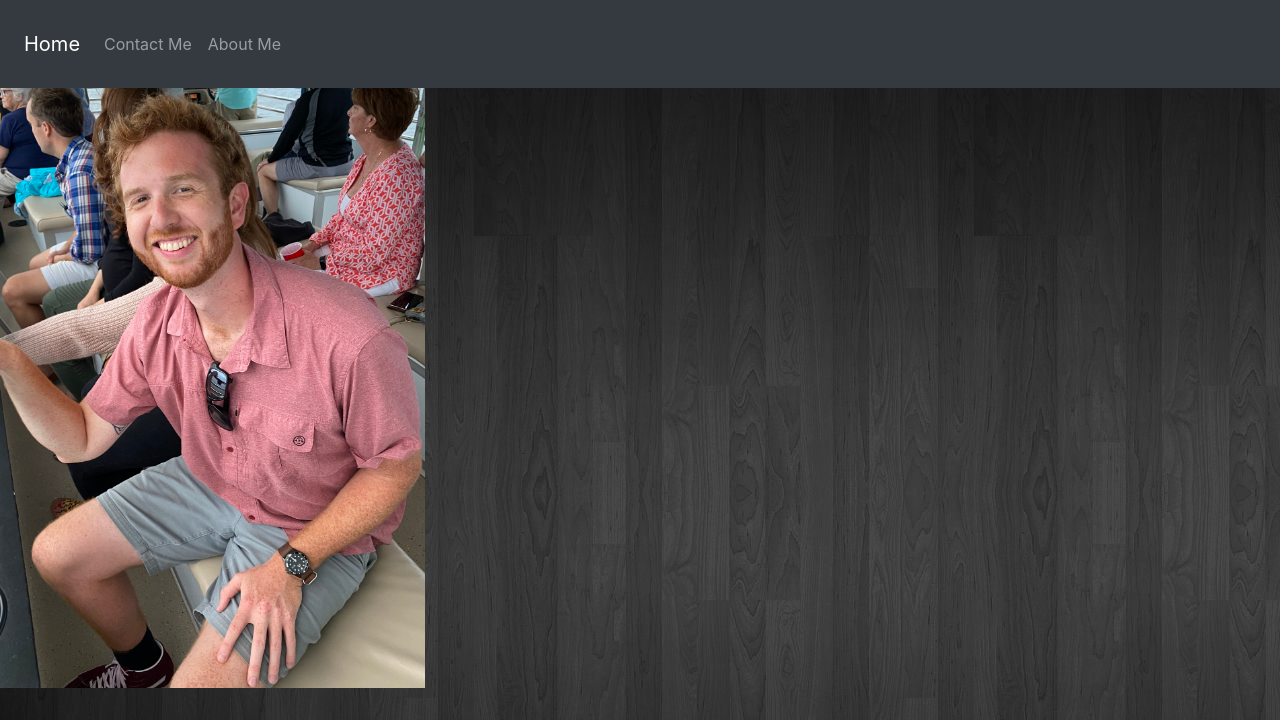
Repository: dupbd/portfolioWebPage
Page: BensSite/src/main/resources/static/aboutMe.html
These files come from the project's save history. The page is drawn as it stood at one moment and after the next save; the edit follows.
The browser window is 1280 px wide. The pictures show the whole page.

Above is the page before, as saved 2021-02-04 00:53:26.

### BensSite/src/main/resources/static/aboutMe.html
<!DOCTYPE html>
<html>
<head>
	<title>Ben Dupont</title>
	<link rel="stylesheet" href="style.css">
	<link rel="stylesheet" href="https://cdn.jsdelivr.net/npm/bootstrap@4.5.3/dist/css/bootstrap.min.css" integrity="sha384-TX8t27EcRE3e/ihU7zmQxVncDAy5uIKz4rEkgIXeMed4M0jlfIDPvg6uqKI2xXr2" crossorigin="anonymous">
</head>
<body>

	<nav class="navbar navbar-expand-lg navbar-dark bg-dark p-4">
  <button class="navbar-toggler" type="button" data-toggle="collapse" data-target="#navbarTogglerDemo03" aria-controls="navbarTogglerDemo03" aria-expanded="false" aria-label="Toggle navigation">
    <span class="navbar-toggler-icon"></span>
  </button>
  <a class="navbar-brand" href="index.html">Home</a>

  <div class="collapse navbar-collapse" id="navbarTogglerDemo03">
    <ul class="navbar-nav mr-auto mt-2 mt-lg-0">
      <li class="nav-item">
        <a class="nav-link" href="contact.html">Contact Me<span class="sr-only">(current)</span></a>
      </li>
      <li class="nav-item">
        <a class="nav-link" href="aboutMe.html">About Me</a>
      </li>
    </ul>
  </div>
</nav>

<img class="me" src="me.jpeg" alt="It's Me" width="425" height="600">


</body>

</html>

### BensSite/src/main/resources/static/style.css
#resume {
	 display: block;
  margin-left: auto;
  margin-right: auto;

}
.card {
	margin-left: 100px;
	margin-top: 0px;
	margin-bottom: 50px;

	}


body {
	background-image: url("background.jpg") !important;
	overflow: auto;
	}

.jumbotron {
	background: none !important;
	}

.lead {
	color: lightgrey;
	}

.display-4 {
	color: white;
	}

.me {

}

After the next save:
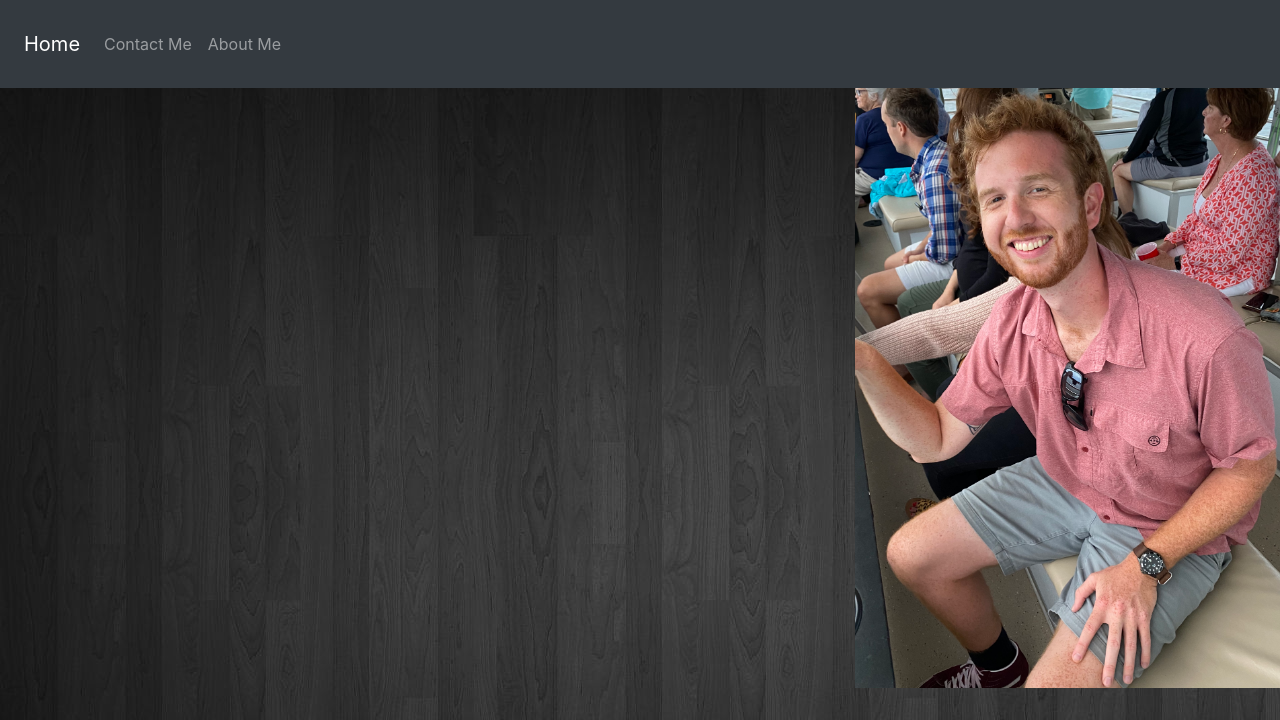
Saved 2 min 3 s later.
--- a/BensSite/src/main/resources/static/aboutMe.html
+++ b/BensSite/src/main/resources/static/aboutMe.html
@@ -25,7 +25,7 @@
   </div>
 </nav>
 
-<img class="me" src="me.jpeg" alt="It's Me" width="425" height="600">
+<img class="me" src="me.jpeg" alt="It's Me" width="425" height="600" ALIGN="right">
 
 
 </body>
